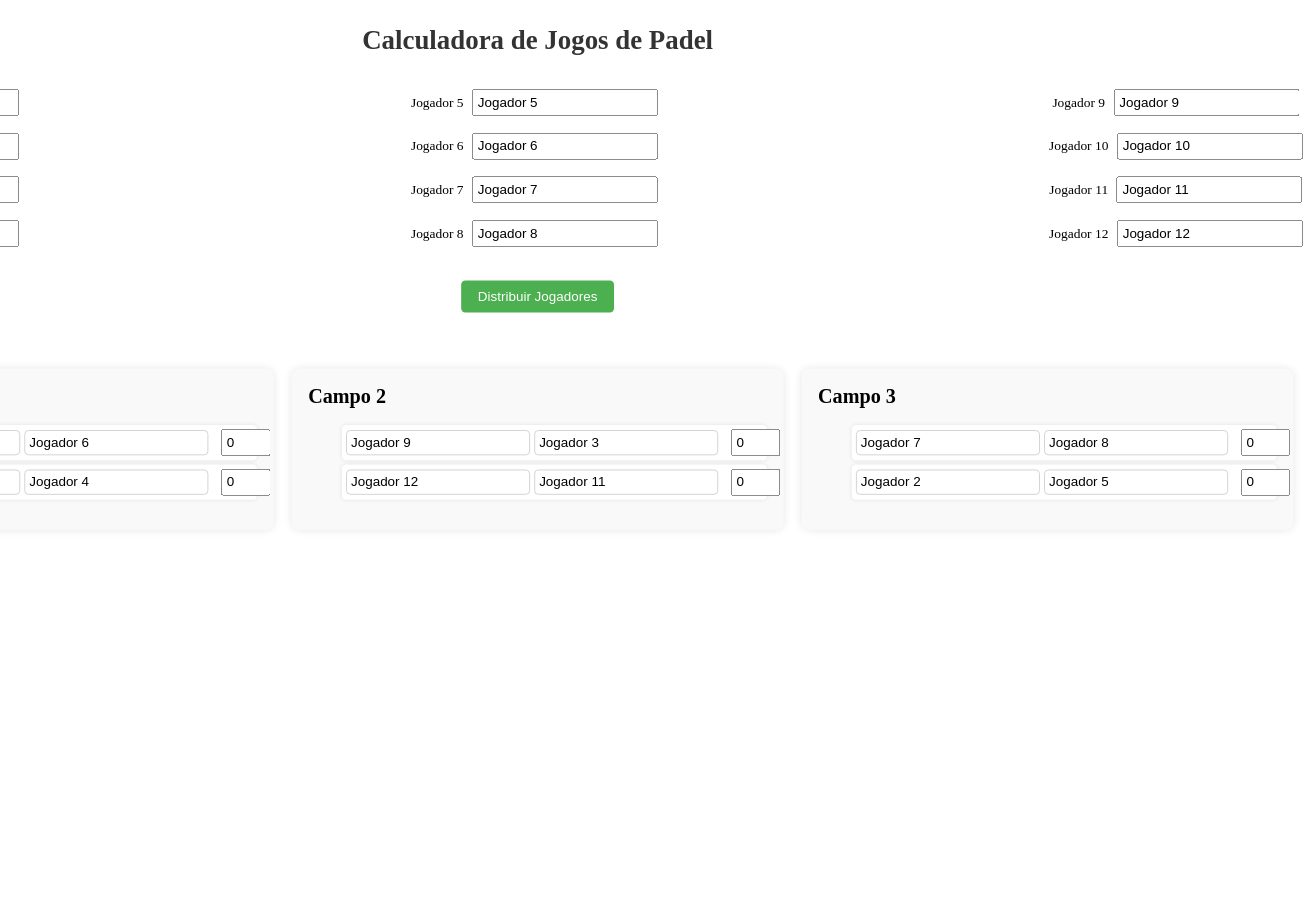
Repository: MarcioMiguel22/PadelMaster
Page: /calculadora, after clicking the first element matching `button.distribute-button`
An editor plug-in stored every save of this project. The page is shown before and after the next save, followed by the edit.
The browser window is 1280 px wide. The page is 1551 px wide, then 1417 px, then 1551 px, so the pictures cover 1551 px, including what lies to the right of the window. The pictures show the whole page, at 84% of full size.
The project was rebuilt for these pictures with package versions that can differ from the ones it lists, and the page was loaded fresh each time. Also part of the build but not shown: vite.config.ts, src/pages/Home/Home.tsx, src/index.css.

Above is the page before, as saved 2024-06-14 09:22:01.

After the next save:
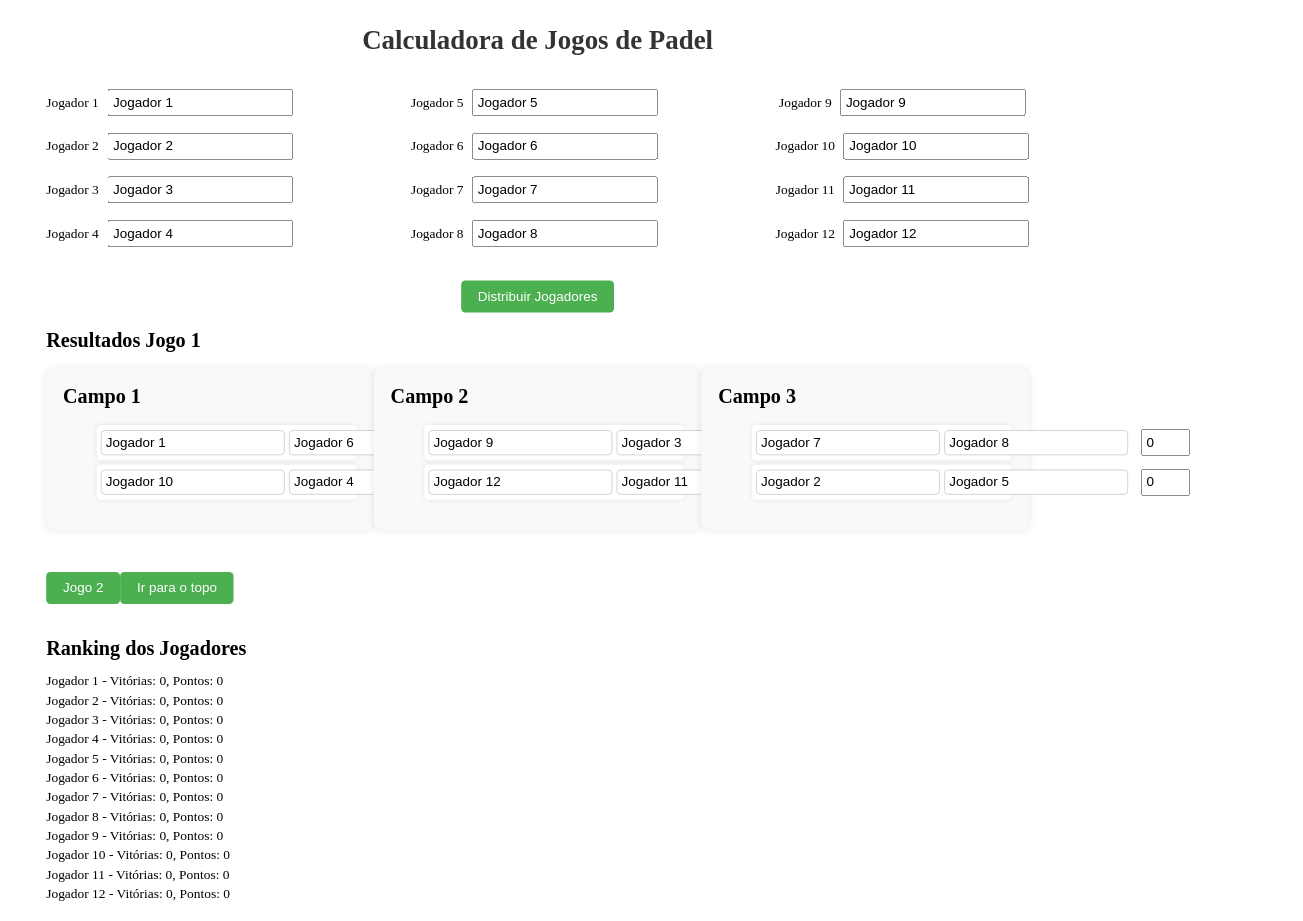
Saved 28 min 43 s later.
--- a/src/pages/Calculadora/Calculadora.css
+++ b/src/pages/Calculadora/Calculadora.css
@@ -97,14 +97,15 @@
 }
 
 .team {
-
   list-style-type: none;
   padding: 5px;
   background-color: #fff;
   margin: 5px 0;
   border-radius: 5px;
   box-shadow: 0 0 5px rgba(0, 0, 0, 0.1);
+  width: 300px; /* Ajuste o valor conforme necessário */
 }
+
 
 .team.vencedor {
   background-color: #d4edda; /* Verde claro */

After the save that followed:
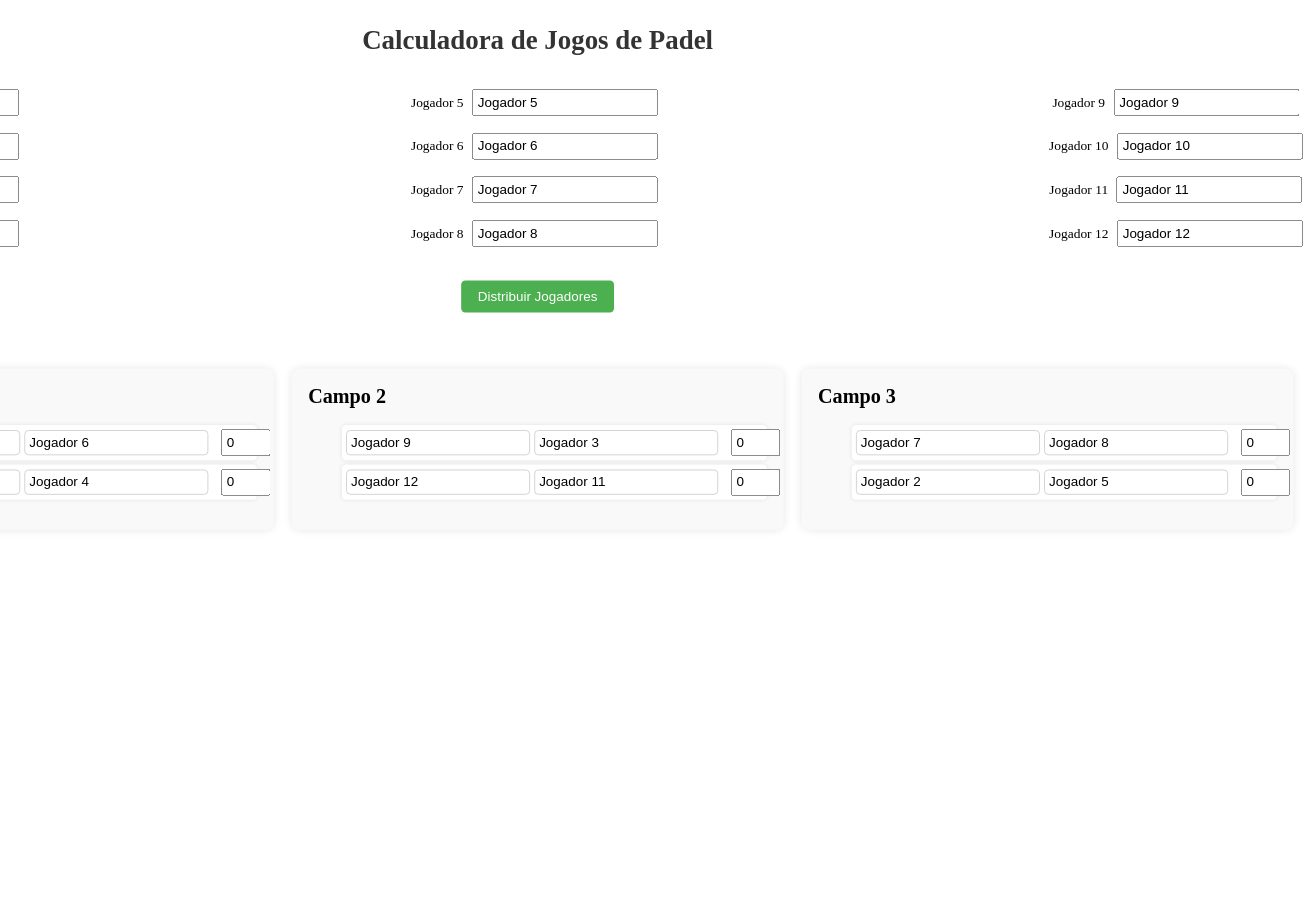
Saved 50 s later.
--- a/src/pages/Calculadora/Calculadora.css
+++ b/src/pages/Calculadora/Calculadora.css
@@ -103,7 +103,7 @@
   margin: 5px 0;
   border-radius: 5px;
   box-shadow: 0 0 5px rgba(0, 0, 0, 0.1);
-  width: 300px; /* Ajuste o valor conforme necessário */
+  width: auto; /* Ajuste o valor conforme necessário */
 }
 
 
